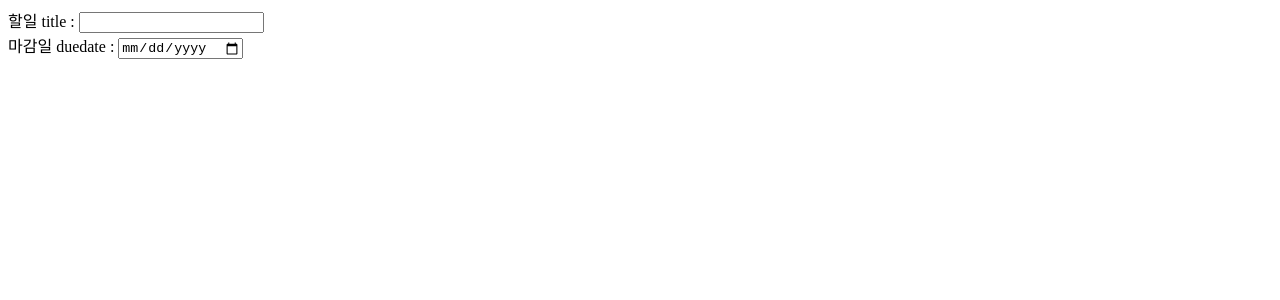
Repository: JaeWon-Sim/Project
Page: workspace_java/_3projectDbcp/src/main/webapp/register.html
The author's editor kept a copy of each file at every save. The page is drawn from the files as they stood at one save, then again after the next save.
The browser window is 1280 px wide. The pictures show the whole page.

Above is the page before, as saved 2025-08-18 06:16:27.

### workspace_java/_3projectDbcp/src/main/webapp/register.html
<!DOCTYPE html>
<html>
<head>
<meta charset="EUC-KR">
<title>Insert title here</title>
</head>
<body>
	<form method="post" action="todo">
	할일 title : <input type="text" name = "title"><br>
	마감일 duedate : <input type="date" name = "duedate">
	</form>
</body>
</html>

After the next save:
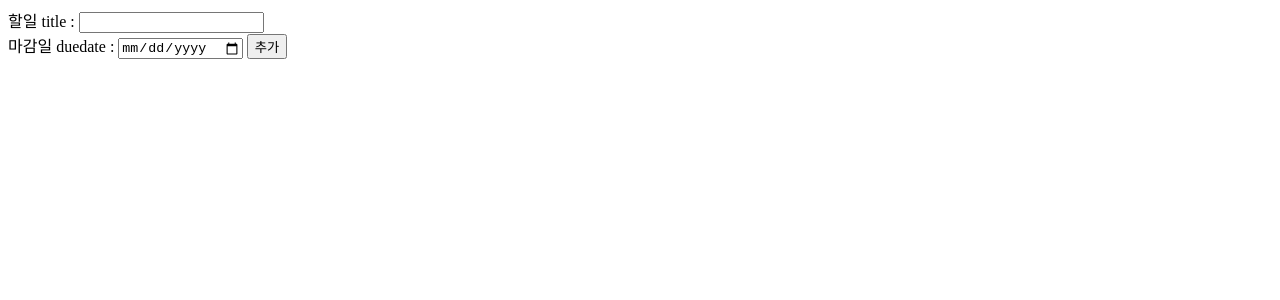
Saved 38 s later.
--- a/workspace_java/_3projectDbcp/src/main/webapp/register.html
+++ b/workspace_java/_3projectDbcp/src/main/webapp/register.html
@@ -8,6 +8,7 @@
 	<form method="post" action="todo">
 	할일 title : <input type="text" name = "title"><br>
 	마감일 duedate : <input type="date" name = "duedate">
+	<input type="submit" value="추가">
 	</form>
 </body>
 </html>
